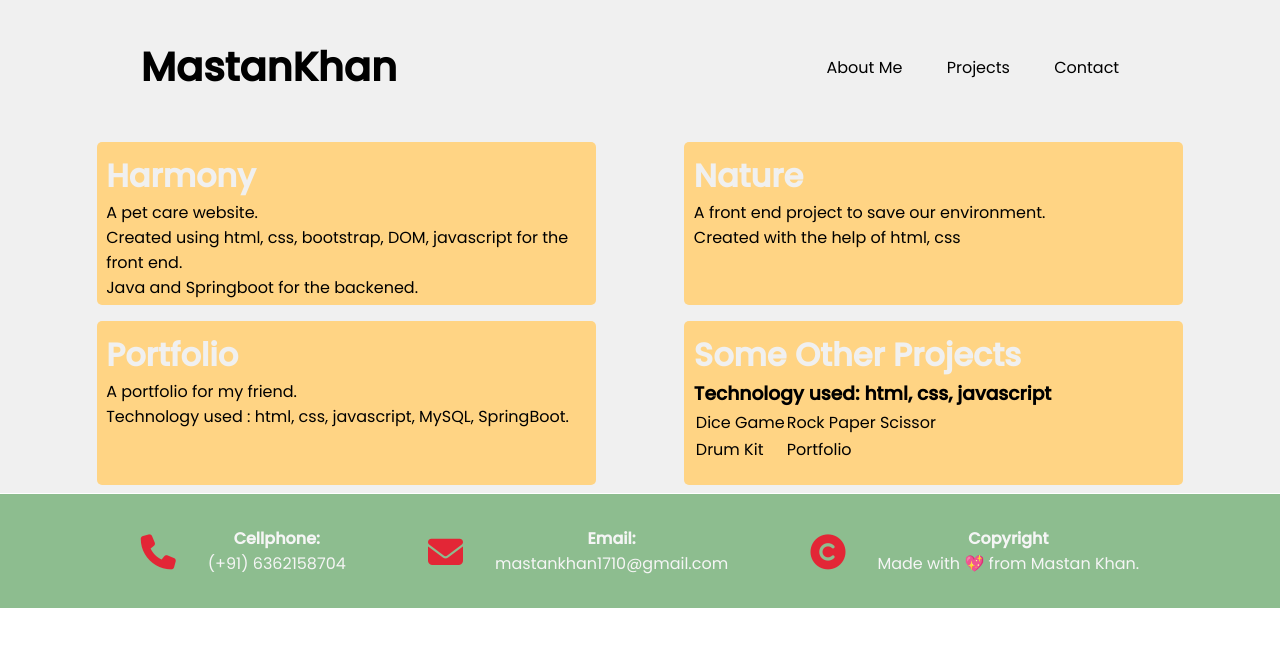
Repository: MastanKhan1/my_resume
Page: http://localhost/projects
These files come from the project's save history. The page is drawn as it stood at one moment and after the next save; the edit follows.
The browser window is 1280 px wide. The pictures show the whole page.
Some web fonts or font styles are not loaded; a fallback is used. The page is this project's Thymeleaf template; nobody is signed in. The template is opened directly, without the code that normally fills it, so the values that code supplies are empty.

Above is the page before, as saved 2023-10-06 07:16:43.

After the next save:
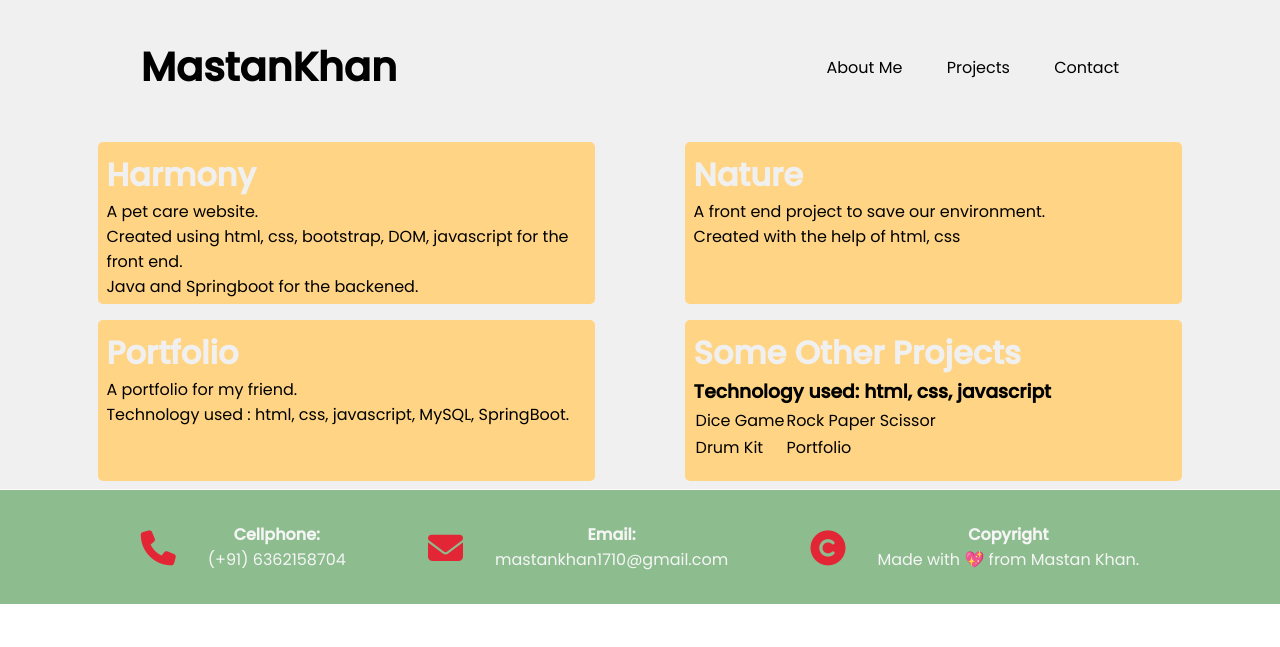
Saved 12 s later.
--- a/portfolio/src/main/resources/static/styles.css
+++ b/portfolio/src/main/resources/static/styles.css
@@ -243,7 +243,7 @@ i{
     width: 30rem;
     height: 9rem;
     margin: 0.5rem;
-    padding: 0.6rem;
+    padding: 0.55rem;
     border-radius: 5px;
     /* background-image: linear-gradient(to bottom, #FFA500, #ffca68); */
     background-color: #ffd484;
